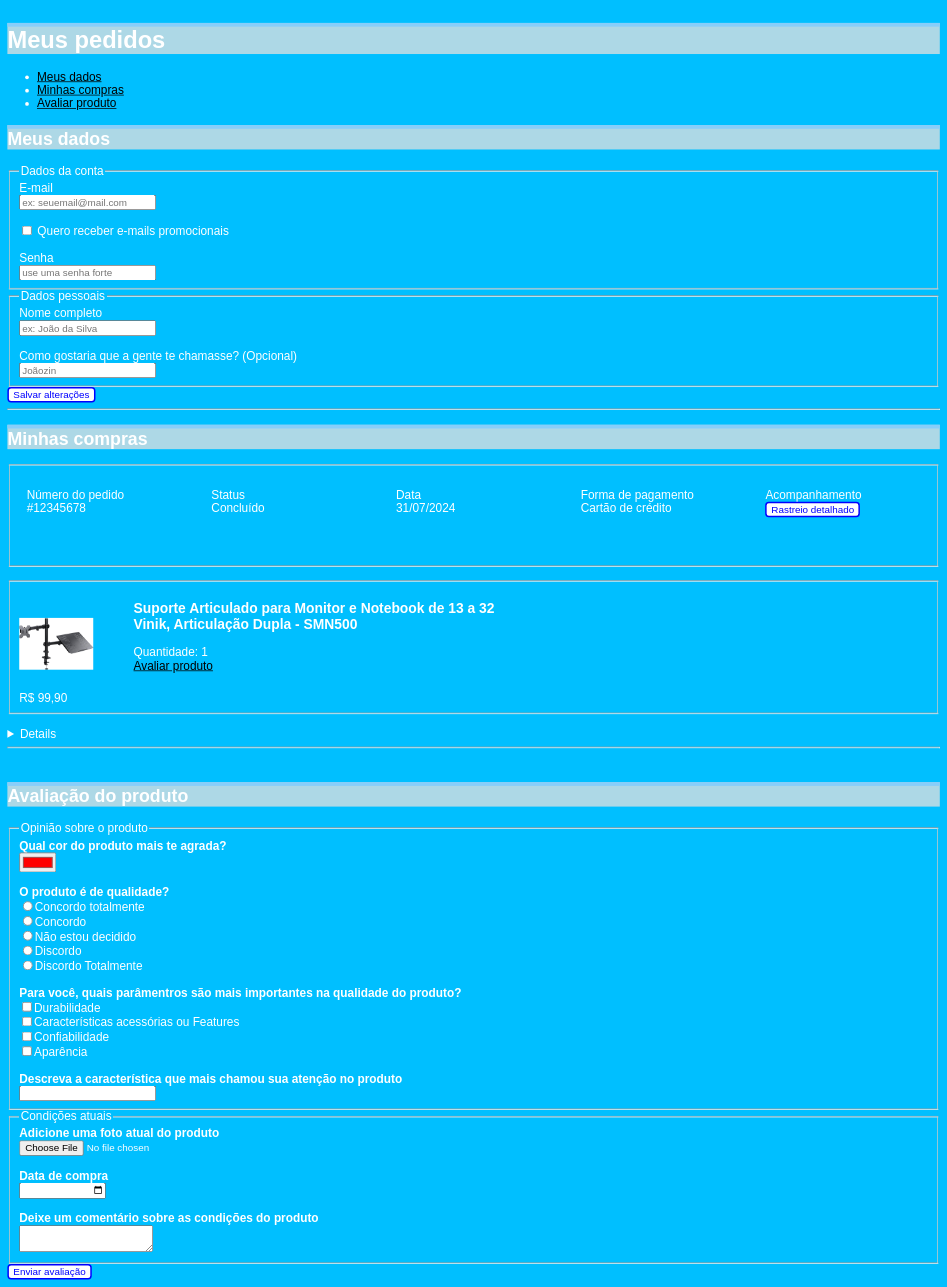
Repository: claudemir-camargo/site-compras
Page: index.html
An editor plug-in stored every save of this project. The page is shown before and after the next save, followed by the edit.
The browser window is 1280 px wide. The pictures show the whole page, at 74% of full size.
The pointer rests on the first visible `button`.

Above is the page before, as saved 2024-03-10 01:18:38.

### index.html
<!DOCTYPE html>
<html lang="en">

<head>
    <meta charset="UTF-8">
    <meta name="viewport" content="width=device-width, initial-scale=1.0">
    <link rel="stylesheet" type="text/css" href="css/style.css" />
    <title>Site de Compras</title>
</head>

<body>
    <h1>Meus pedidos</h1>
    <ul>
        <li><a href="#meus-dados">Meus dados</a></li>
        <li><a href="#minhas-compras">Minhas compras</a></li>
        <li><a href="#avaliacao-produto">Avaliar produto</a></li>
    </ul>
    <h2 id="meus-dados">Meus dados</h2>
    <!-- Conta -->
    <fieldset>
        <legend>Dados da conta</legend>
        <form>
            <label>E-mail</label><br>
            <input type="email" id="email" name="email" placeholder="ex: seuemail@mail.com"><br><br>
            <input type="checkbox">
            <label>Quero receber e-mails promocionais</label><br><br>
            <label>Senha</label><br>
            <input type="password" placeholder="use uma senha forte">
        </form>
    </fieldset>
    <!-- Pessoais -->
    <fieldset>
        <legend>Dados pessoais</legend>
        <form>
            <label>Nome completo</label><br>
            <input type="text" placeholder="ex: João da Silva"><br><br>
            <label>Como gostaria que a gente te chamasse? (Opcional) </label><br>
            <input type="text" placeholder="Joãozin">
        </form>
    </fieldset>
    <button type="button">Salvar alterações</button>
    <hr>
    <!-- Minhas compras -->
    <h2 id="minhas-compras">Minhas compras</h2>
    <fieldset>
        <div class="container">
            <div id="div1">
                <p>Número do pedido<br>#12345678</p>
            </div>
            <div id="div2">
                <p>Status<br>Concluído</p>
            </div>
            <div id="div3">
                <p>Data<br>31/07/2024</p>
            </div>
            <div id="div4">
                <p>Forma de pagamento<br>Cartão de crédito</p>
            </div>
            <div id="div5">
                <p>Acompanhamento<br><a href="#rastreioModal"><button>Rastreio detalhado</button></a></p>
            </div>
        </div>
    </fieldset>
    <div id="rastreioModal" class="modal">
        <h2>Rastreio detalhado</h2>
        <p>Seu pedido foi entregue com sucesso!<br>
            Entregue por: GFL<br>
            Código de rasteeio: 123456789<br>
            Entregue em: 31/07/2024<br>
        </p>
        <a href="#">Fechar</a>
    </div>

    <!-- Produto -->
    <br>
    <fieldset>
        <div class="container1">
            <div class="imagem"><img src="img/suporte.jpg" alt="Suporte"></div>
        <div class="produto">
            <h3>
                <p>Suporte Articulado para Monitor e Notebook de 13 a 32 Vinik,
                    Articulação Dupla - SMN500</p>
            </h3>
            Quantidade: 1<br>
            <a href="#avaliacao-produto">Avaliar produto</a><br>
        </div>
        <div class="preco">R$ 99,90</div>
        </div>
    </fieldset>
    <br>
    <details tag="Detalhes de Envio e Pagamento">
        <p></p>
        <strong>Endereço de entrega</strong><br>
        Avenida Estelita Falcão<br>
        Número 12, Centro<br>
        CEP 48170-970 - Itapetininga/São Paulo
        <br><br>
        <strong>Forma de Pagamento</strong><br>
        Cartão de crédito<br>
        Master Card **** **** **** 1234<br>
        Titular: Claudemir Camargo
        <br><br>
        <strong>Frete</strong>
        R$ 15,50<br>
        Enviado por GFL<br>
        Entregue
    </details>
    <hr>
    <br>
    <form>
        <h2 id="avaliacao-produto">Avaliação do produto</h2>
        <fieldset>
            <legend>Opinião sobre o produto</legend>
            <label><strong>Qual cor do produto mais te agrada?</strong></label><br>
            <input type="color" value="#ff0000"><br><br>
            <label><strong>O produto é de qualidade?</strong></label><br>
            <input type="radio" name="qualidade"><label>Concordo totalmente</label><br>
            <input type="radio" name="qualidade"><label>Concordo</label><br>
            <input type="radio" name="qualidade"><label>Não estou decidido</label><br>
            <input type="radio" name="qualidade"><label></label>Discordo</label><br>
            <input type="radio" name="qualidade"><label></label>Discordo Totalmente</label>
            <br><br>
            <label><strong>Para você, quais parâmentros são mais importantes na qualidade do
                    produto?</strong></label><br>
            <input type="checkbox"><label>Durabilidade</label><br>
            <input type="checkbox"><label>Características acessórias ou Features</label><br>
            <input type="checkbox"><label>Confiabilidade</label><br>
            <input type="checkbox"><label>Aparência</label>
            <br><br>
            <label><strong>Descreva a característica que mais chamou sua atenção no produto</strong></label><br>
            <input list="browsers" name="browser" id="browser">
            <datalist id="browsers">
                <option value="Cor">
                <option value="Tamanho">
                <option value="Peso">
                <option value="Material">
            </datalist>
        </fieldset>
        <fieldset>
            <legend>Condições atuais</legend>
            <label><strong>Adicione uma foto atual do produto</strong></label><br>
            <input type="file">
            <br><br>
            <label><strong>Data de compra</strong></label><br>
            <input type="date">
            <br><br>
            <label><strong>Deixe um comentário sobre as condições do produto</strong></label><br>
            <textarea name="comentario"></textarea>
        </fieldset>
        <button type="button">Enviar avaliação</button>
    </form>
</body>

</html>

### css/style.css
* {
    font-family: Arial, Helvetica, sans-serif;
    color: white;
}

a {
    font-family: Arial, Helvetica, sans-serif;
    color: black;
}

h1, h2 {
    border-top: 5px solid lightskyblue;
    background-color: lightblue;
}

img {
    height: 70px;
    width: 100px;
}

body{
    background-color: #00bfff;
    margin: 5px;
    padding: 5px;
}

button {
    background-color:white;
    border: 2px solid blue;
    border-radius: 5px;
    font-family: Arial, Helvetica, sans-serif;
    color: blue;

}

.container {
    display: flex;
    gap: 20px;
}

#div1, #div2, #div3, #div4, #div5 {
    flex: 1;
    width: 100px;
    height: 100px;
    display: inline-block;
    padding: 10px;
}

.container1 {
    display: inline-block;
    /*gap: 33px;*/
}

#imagem, #produto, #preco {
    flex: 1;
    display: inline;
    padding: 10px;
}

.imagem {
    width: 150px;
    height: 100px;
    display: inline-block;
}

.produto {
    width: 500px;
    height: 100px;
    display: inline-block;
}

.modal {
    display: none;
    position: fixed;
    top: 50%;
    left: 50%;
    transform: translate(-50%, -50%);
    background-color: #f9f9f9;
    padding: 20px;
    border: 1px solid #ccc;
    box-shadow: 0 2px 10px rgba(0, 0, 0, 0.1);
    z-index: 1000;
}

.modal:target {
    display: block;
}

After the next save:
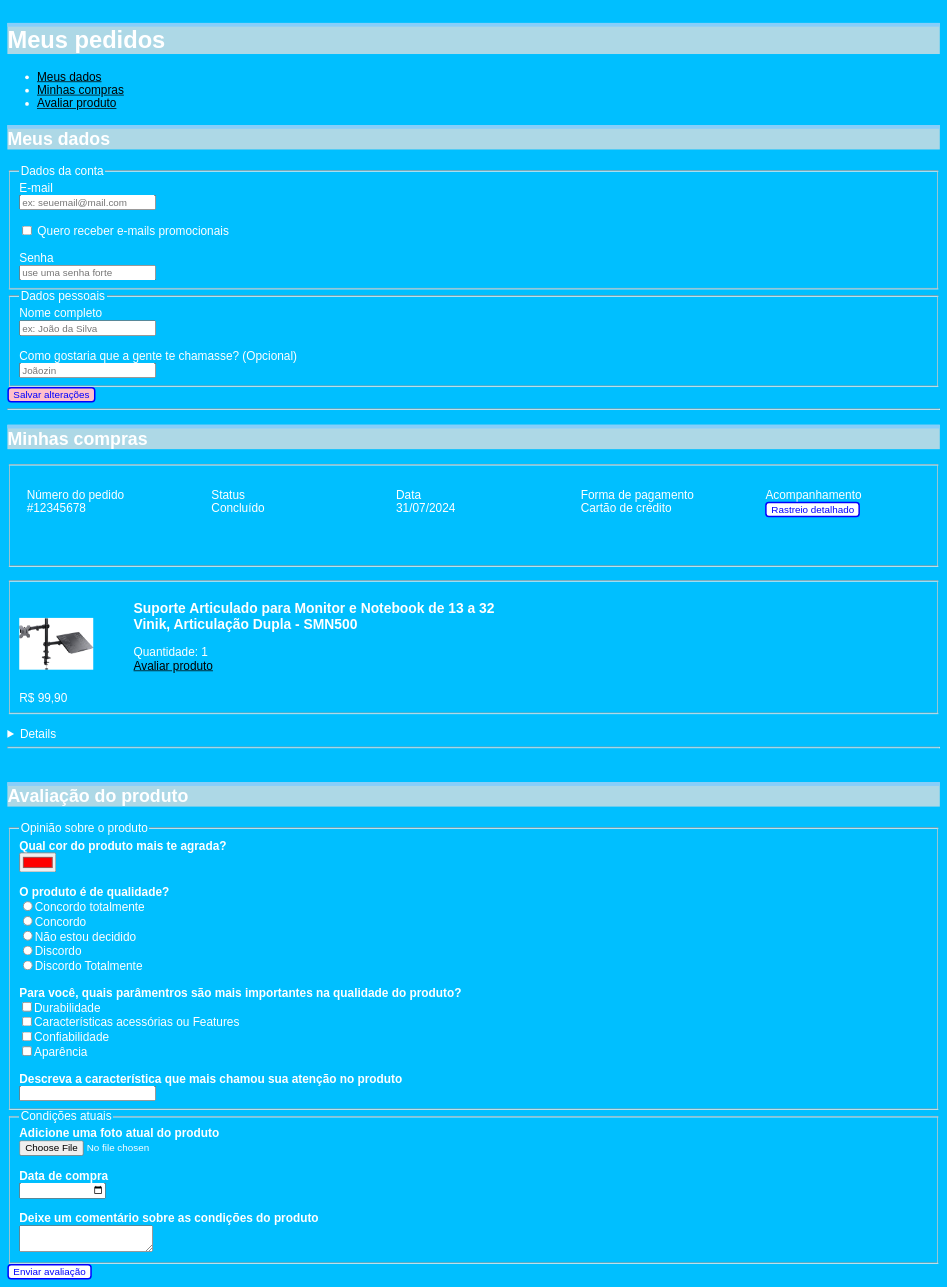
Saved 60 s later.
--- a/css/style.css
+++ b/css/style.css
@@ -30,7 +30,10 @@ button {
     border-radius: 5px;
     font-family: Arial, Helvetica, sans-serif;
     color: blue;
+}
 
+button:hover {
+    background-color: pink;
 }
 
 .container {
